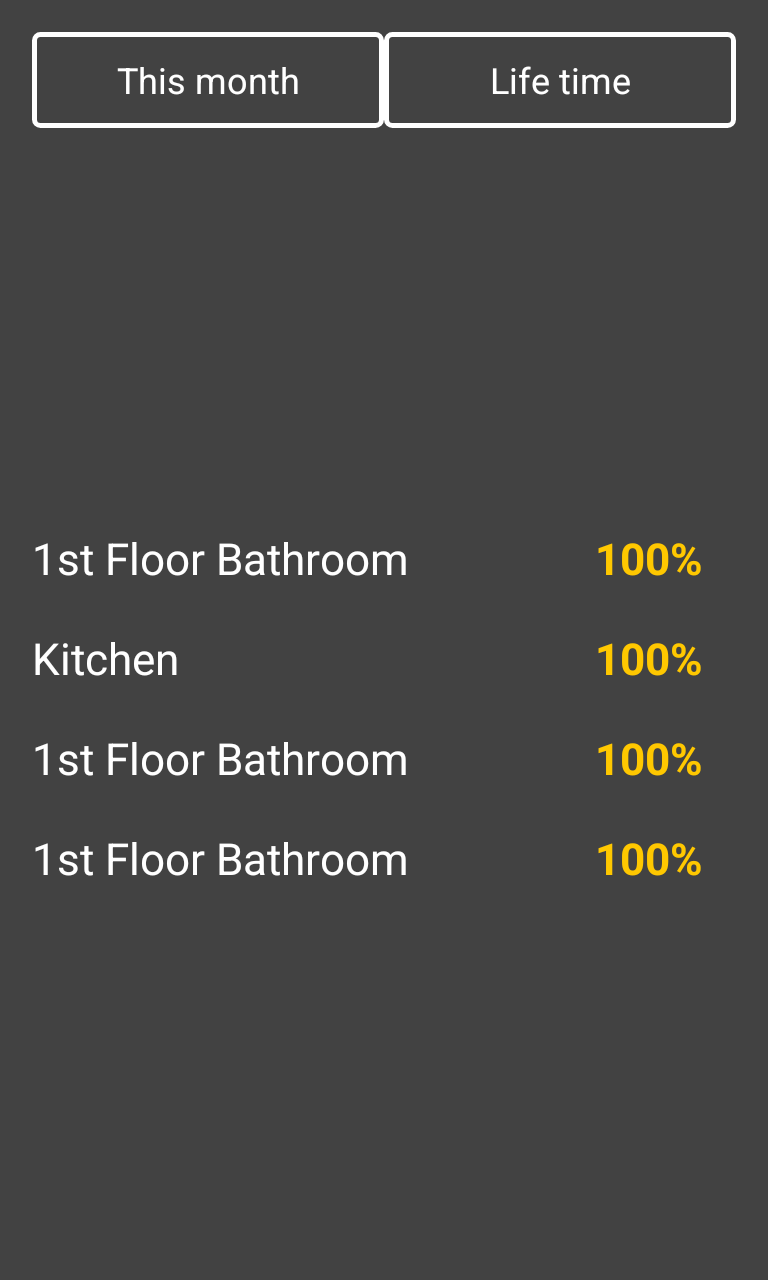
Repository: prabushitha/hydrosaver
Layout: hydrosaver/res/layout/activity_sections.xml
These files come from the project's save history. The layout is drawn as it stood at one moment and after the next save; the edit follows.
It is drawn on a 768 x 1280 px phone screen (xhdpi) without system bars, with theme AppTheme; the app's code is not run.

Above is the layout before, as saved 2016-10-08 16:50:28.

### hydrosaver/res/layout/activity_sections.xml
<RelativeLayout xmlns:android="http://schemas.android.com/apk/res/android"
    xmlns:tools="http://schemas.android.com/tools"
    android:layout_width="match_parent"
    android:layout_height="match_parent"
    android:paddingBottom="@dimen/activity_vertical_margin"
    android:paddingLeft="@dimen/activity_horizontal_margin"
    android:paddingRight="@dimen/activity_horizontal_margin"
    android:paddingTop="@dimen/activity_vertical_margin"
    tools:context="com.whileloop.hydrosaver.SectionsActivity"
    android:background="#424242"
    >

    <TableLayout
    android:layout_width="fill_parent"
    android:layout_height="fill_parent"
    android:stretchColumns="*">
	    <TableRow>
	       <Button android:id="@+id/thismonth"
	                android:layout_width="0dp"
	                android:layout_weight="1"
	                android:layout_height="wrap_content"
	                android:background="@drawable/section_button"
	                android:textColor="#FFFFFF"
	                android:text="This month"/>
	        <Button android:id="@+id/lifetime"
	                 android:layout_width="0dp"
	                 android:layout_weight="1"
	                android:layout_height="wrap_content"
	              	android:textColor="#FFFFFF"
	                android:background="@drawable/section_button"
	                android:text="Life time"/>



	    </TableRow>
	    <TableRow
	        >
	        <TextView android:layout_width="fill_parent"
	                 android:layout_height="wrap_content"
	                android:textColor="#372c24"
	                android:minHeight="200dp"
	          		android:textSize="18sp"

	               />
	    </TableRow>
	    <TableRow>

	        <TextView
		        android:layout_width="0dp"
		        android:layout_height="wrap_content"
		        android:textAppearance="?android:attr/textAppearanceLarge"
		        android:text="1st Floor Bathroom"
		        android:textColor="#ffffff"
		        android:id="@+id/txtName"
		        android:minHeight="100px"
		        android:singleLine="true"
		        android:layout_weight="8"
		        android:ellipsize="end" />

		    <TextView
		        android:layout_width="0dp"
		        android:layout_height="wrap_content"
		        android:textAppearance="?android:attr/textAppearanceLarge"
		        android:text="100%"
		        android:textColor="#ffc800"
		        android:id="@+id/txtPrecentage"
		        android:minHeight="100px"
		        android:singleLine="false"
		        android:layout_weight="2"
		        android:textStyle="bold"/>

	    </TableRow>

	    <TableRow>

	        <TextView
		        android:layout_width="0dp"
		        android:layout_height="wrap_content"
		        android:textAppearance="?android:attr/textAppearanceLarge"
		        android:text="Kitchen"
		        android:textColor="#ffffff"
		        android:id="@+id/txtName"
		        android:minHeight="100px"
		        android:singleLine="true"
		        android:layout_weight="8"
		        android:ellipsize="end" />

		    <TextView
		        android:layout_width="0dp"
		        android:layout_height="wrap_content"
		        android:textAppearance="?android:attr/textAppearanceLarge"
		        android:text="100%"
		        android:textColor="#ffc800"
		        android:id="@+id/txtPrecentage"
		        android:minHeight="100px"
		        android:singleLine="false"
		        android:layout_weight="2"
		        android:textStyle="bold"/>

	    </TableRow>

	    <TableRow>

	        <TextView
		        android:layout_width="0dp"
		        android:layout_height="wrap_content"
		        android:textAppearance="?android:attr/textAppearanceLarge"
		        android:text="1st Floor Bathroom"
		        android:textColor="#ffffff"
		        android:id="@+id/txtName"
		        android:minHeight="100px"
		        android:singleLine="true"
		        android:layout_weight="8"
		        android:ellipsize="end" />

		    <TextView
		        android:layout_width="0dp"
		        android:layout_height="wrap_content"
		        android:textAppearance="?android:attr/textAppearanceLarge"
		        android:text="100%"
		        android:textColor="#ffc800"
		        android:id="@+id/txtPrecentage"
		        android:minHeight="100px"
		        android:singleLine="false"
		        android:layout_weight="2"
		        android:textStyle="bold"/>

	    </TableRow>

	    <TableRow>

	        <TextView
		        android:layout_width="0dp"
		        android:layout_height="wrap_content"
		        android:textAppearance="?android:attr/textAppearanceLarge"
		        android:text="1st Floor Bathroom"
		        android:textColor="#ffffff"
		        android:id="@+id/txtName"
		        android:minHeight="100px"
		        android:singleLine="true"
		        android:layout_weight="8"
		        android:ellipsize="end" />

		    <TextView
		        android:layout_width="0dp"
		        android:layout_height="wrap_content"
		        android:textAppearance="?android:attr/textAppearanceLarge"
		        android:text="100%"
		        android:textColor="#ffc800"
		        android:id="@+id/txtPrecentage"
		        android:minHeight="100px"
		        android:singleLine="false"
		        android:layout_weight="2"
		        android:textStyle="bold"/>

	    </TableRow>


	</TableLayout>

</RelativeLayout>

### hydrosaver/res/drawable-mdpi/section_button.xml
<?xml version="1.0" encoding="utf-8"?>
<shape xmlns:android="http://schemas.android.com/apk/res/android"
  android:shape="rectangle">

  <corners android:radius="3dp" />
  <stroke android:width="5px" android:color="#FFFFFF" />
</shape>

Loaded but not shown: hydrosaver/res/values/styles.xml (common file); hydrosaver/res/values-v11/styles.xml (common file); hydrosaver/res/values-v14/styles.xml (common file); hydrosaver/res/values/dimens.xml (common file); hydrosaver/res/values-w820dp/dimens.xml (common file)

After the next save:
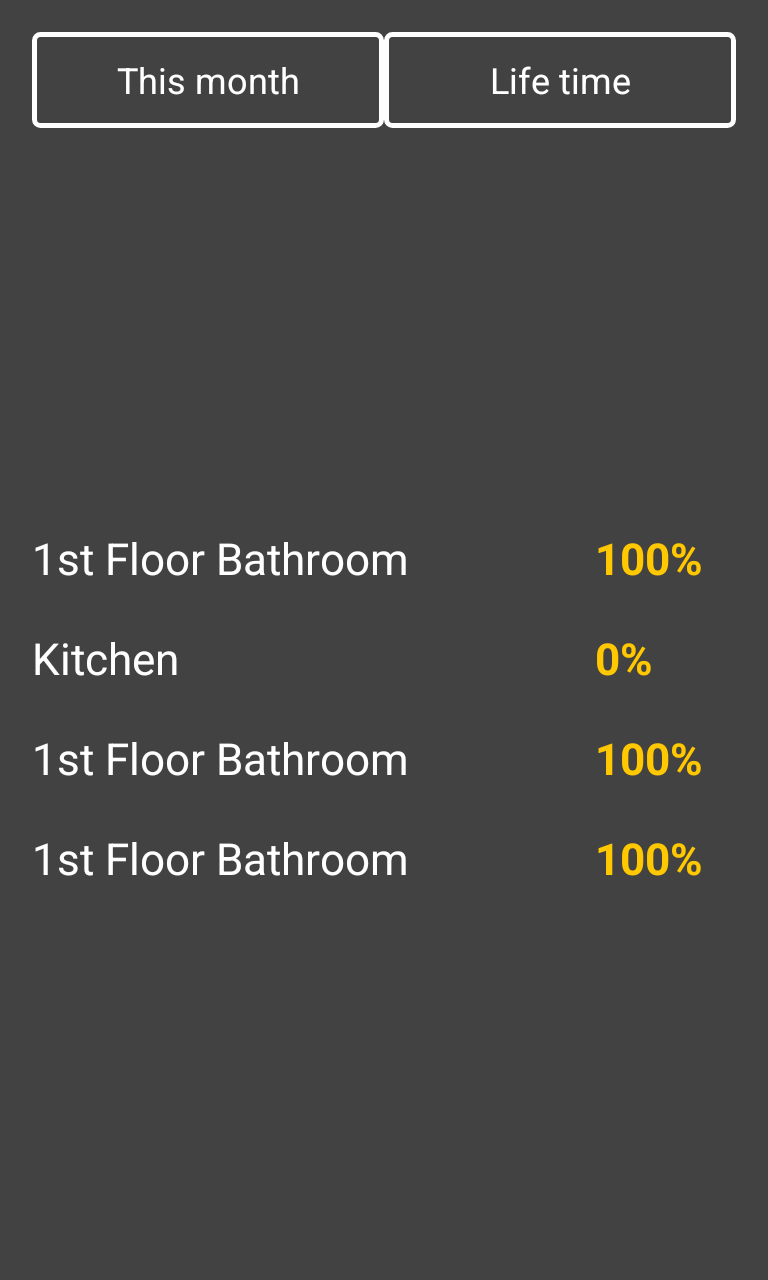
Saved 33 s later.
--- a/hydrosaver/res/layout/activity_sections.xml
+++ b/hydrosaver/res/layout/activity_sections.xml
@@ -51,7 +51,6 @@
 		        android:textAppearance="?android:attr/textAppearanceLarge"
 		        android:text="1st Floor Bathroom"
 		        android:textColor="#ffffff"
-		        android:id="@+id/txtName"
 		        android:minHeight="100px"
 		        android:singleLine="true"
 		        android:layout_weight="8"
@@ -79,7 +78,6 @@
 		        android:textAppearance="?android:attr/textAppearanceLarge"
 		        android:text="Kitchen"
 		        android:textColor="#ffffff"
-		        android:id="@+id/txtName"
 		        android:minHeight="100px"
 		        android:singleLine="true"
 		        android:layout_weight="8"
@@ -89,9 +87,8 @@
 		        android:layout_width="0dp"
 		        android:layout_height="wrap_content"
 		        android:textAppearance="?android:attr/textAppearanceLarge"
-		        android:text="100%"
+		        android:text="0%"
 		        android:textColor="#ffc800"
-		        android:id="@+id/txtPrecentage"
 		        android:minHeight="100px"
 		        android:singleLine="false"
 		        android:layout_weight="2"
